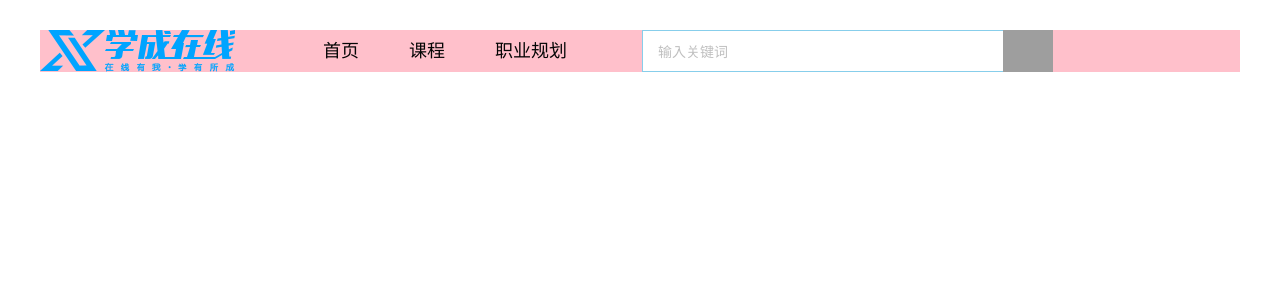
Repository: R1Deemo/Web-Project
Page: index..html
These files come from the project's save history. The page is drawn as it stood at one moment and after the next save; the edit follows.
The browser window is 1280 px wide. The pictures show the whole page.
Pictures or frames that could not be fetched are drawn as grey boxes.

Above is the page before, as saved 2022-03-08 21:48:48.

### index..html
<!DOCTYPE html>
<html lang="en">

<head>
    <meta charset="UTF-8">
    <meta http-equiv="X-UA-Compatible" content="IE=edge">
    <meta name="viewport" content="width=device-width, initial-scale=1.0">
    <title>测试页面</title>
    <link rel="stylesheet" href="style.css">
</head>

<body>
    <!--头部模块 -->
    <div class="header w">
        <div class="logo">
            <img src="images/学成在线.png" alt="">
        </div>
        <!-- 实际开发中要用li+a的做法做导航栏 -->
        <div class="nav">
            <ul>
                <li>
                    <a href="#">首页</a>
                </li>
                <li>
                    <a href="#">课程</a>
                </li>
                <li>
                    <a href="#">职业规划</a>
                </li>

            </ul>
        </div>
        <!-- 搜索模块 -->
        <div class="search">
            <input type="text" value="输入关键词">
            <button></button>

        </div>

    </div>

</body>

</html>

### style.css
* {
    margin: 0;
    padding: 0;
}

.w {
    width: 1200px;
    margin: 0 auto;
}

li {
    list-style: none;
}

a {
    text-decoration: none;
}

.header {
    height: 42px;
    background-color: pink;
    margin: 30px auto;
}

.logo {
    float: left;
    width: 198px;
    height: 42px;
}

.nav {
    float: left;
    margin-left: 60px;
}

.nav ul li {
    float: left;
    margin: 0 15px;
}

.nav ul li a {
    display: block;
    height: 42px;
    padding: 0 10px;
    line-height: 42px;
    font-size: 18px;
    color: #050505;
}

.nav ul li a:hover {
    border-bottom: 2px solid #00a4ff;
}

.search {
    float: left;
    width: 412px;
    height: 42px;
    margin-left: 50px;
}

.search input {
    float: left;
    width: 345px;
    height: 40px;
    border: 1px solid skyblue;
    border-right: 0;
    color: #bfbfbf;
    font-size: 14px;
    padding-left: 15px;
}

.search button {
    float: left;
    width: 50px;
    height: 42px;
    border: 0;
    background: url(images/搜索.png);
}

After the next save:
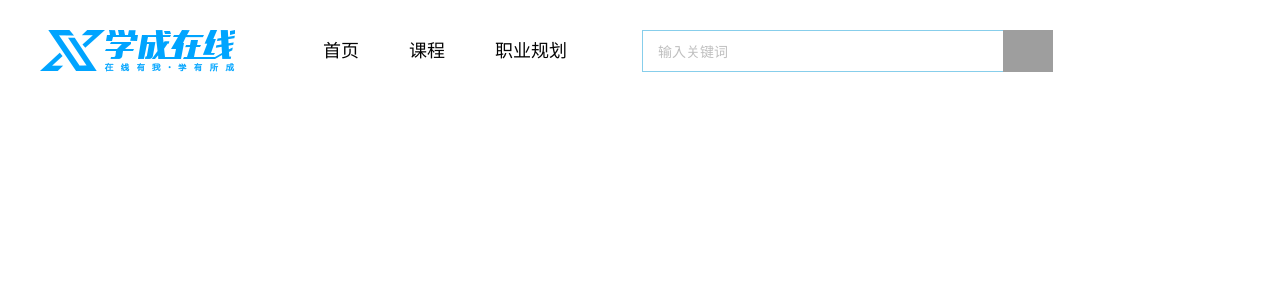
Saved 34 s later.
--- a/style.css
+++ b/style.css
@@ -18,7 +18,7 @@
 
 .header {
     height: 42px;
-    background-color: pink;
+    /* background-color: pink; */
     margin: 30px auto;
 }
 
